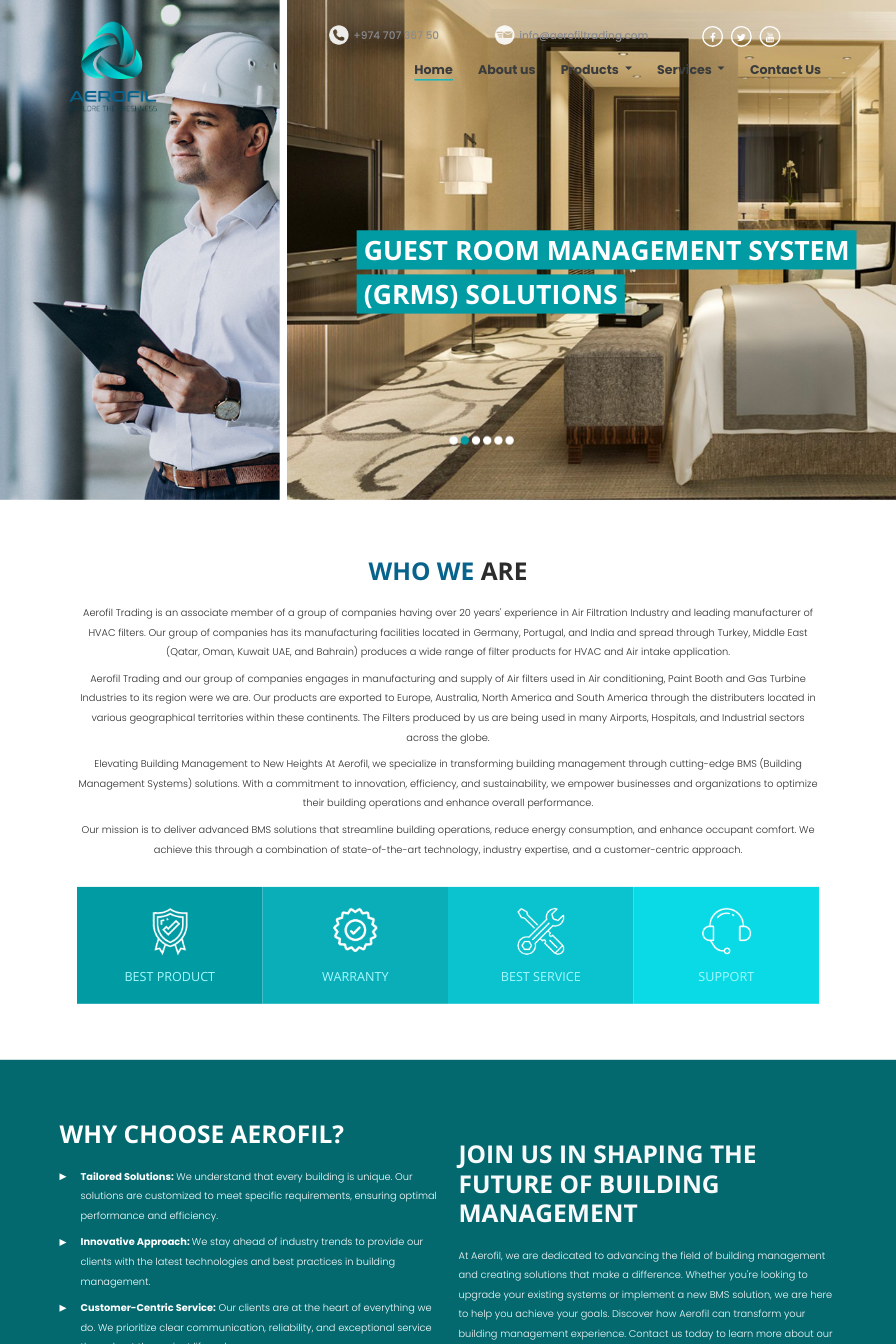
Repository: aslamvrtly/aerofil
Page: index.html
An editor plug-in stored every save of this project. The page is shown before and after a run of saves, followed by the edit.
The browser window is 1280 px wide. The pictures show the part of the page from y = 0 to 1920 px (the page is 5185 px tall), at 70% of full size.

Above is the page before, as saved 2024-09-04 21:30:45.

After the next 2 saves:
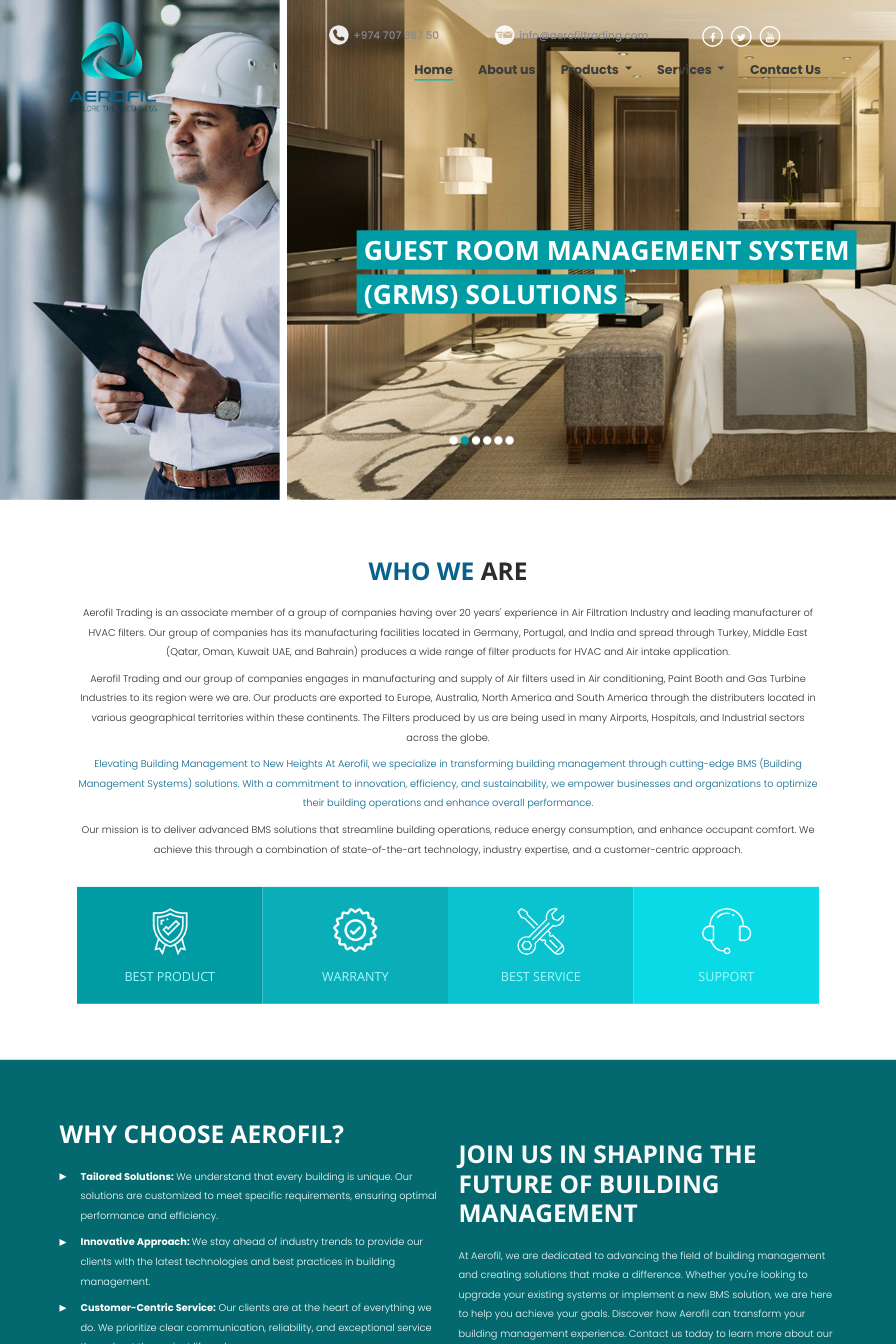
The 2 saves are shown as one change because they came seconds apart.
The last was saved 17 h 8 min later.
--- a/index.html
+++ b/index.html
@@ -182,7 +182,7 @@
 						territories within these continents. The Filters produced by us are being used in many Airports,
 						Hospitals, and Industrial sectors across the globe.</p>
 					<p class="text-center">
-						Elevating Building Management to New Heights
+						<span>Elevating Building Management to New Heights
 						At Aerofil, we specialize in transforming building management through cutting-edge BMS (Building
 						Management Systems) solutions. With a commitment to innovation, efficiency, and sustainability,
 						we empower businesses and organizations to optimize their building operations and enhance
